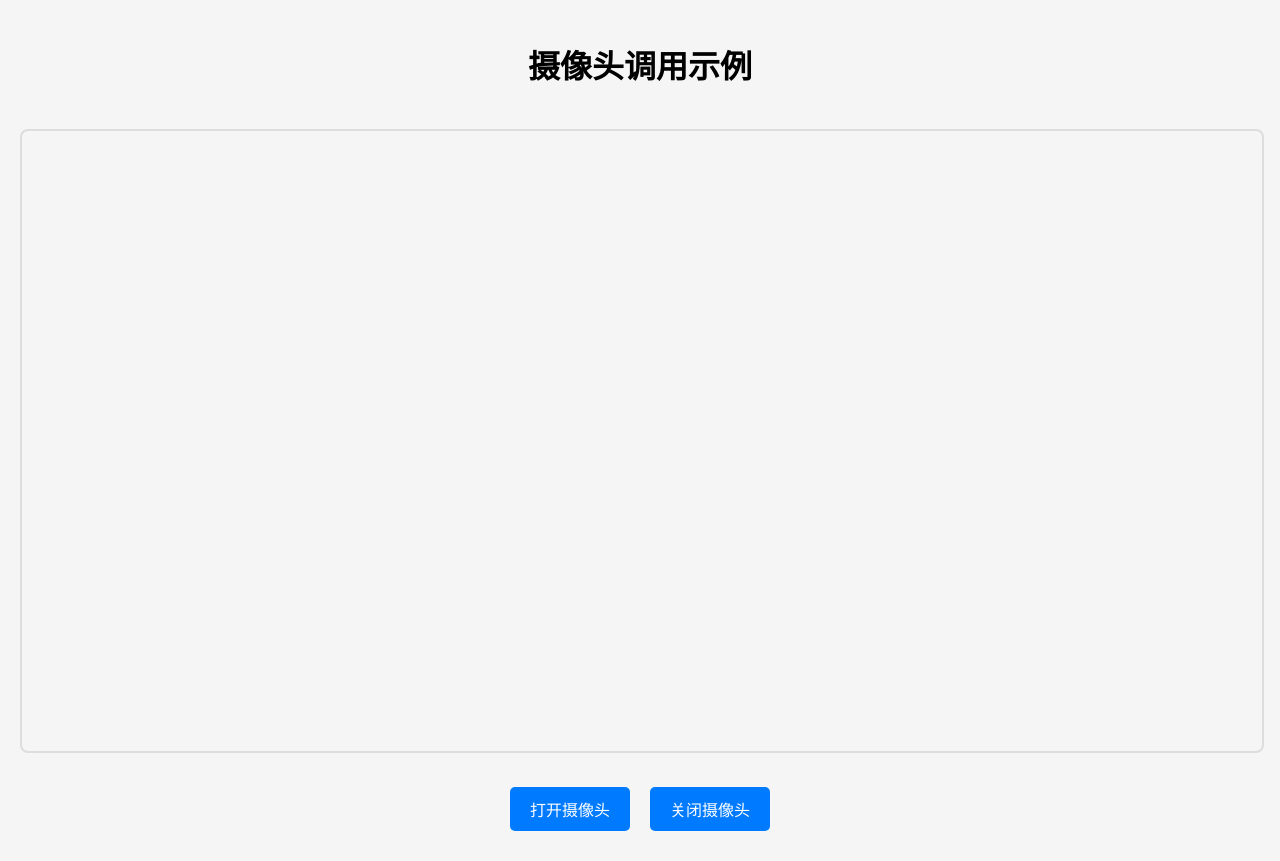
Repository: shasha333333/mirrorOnVue
Page: /
These files come from the project's save history. The page is drawn as it stood at one moment and after the next save; the edit follows.
The browser window is 1280 px wide. The pictures show the whole page.
The project was rebuilt for these pictures with package versions that can differ from the ones it lists, and the page was loaded fresh each time. Also part of the build but not shown: vue.config.js.

Above is the page before, as saved 2024-11-18 19:42:01.

After the next save:
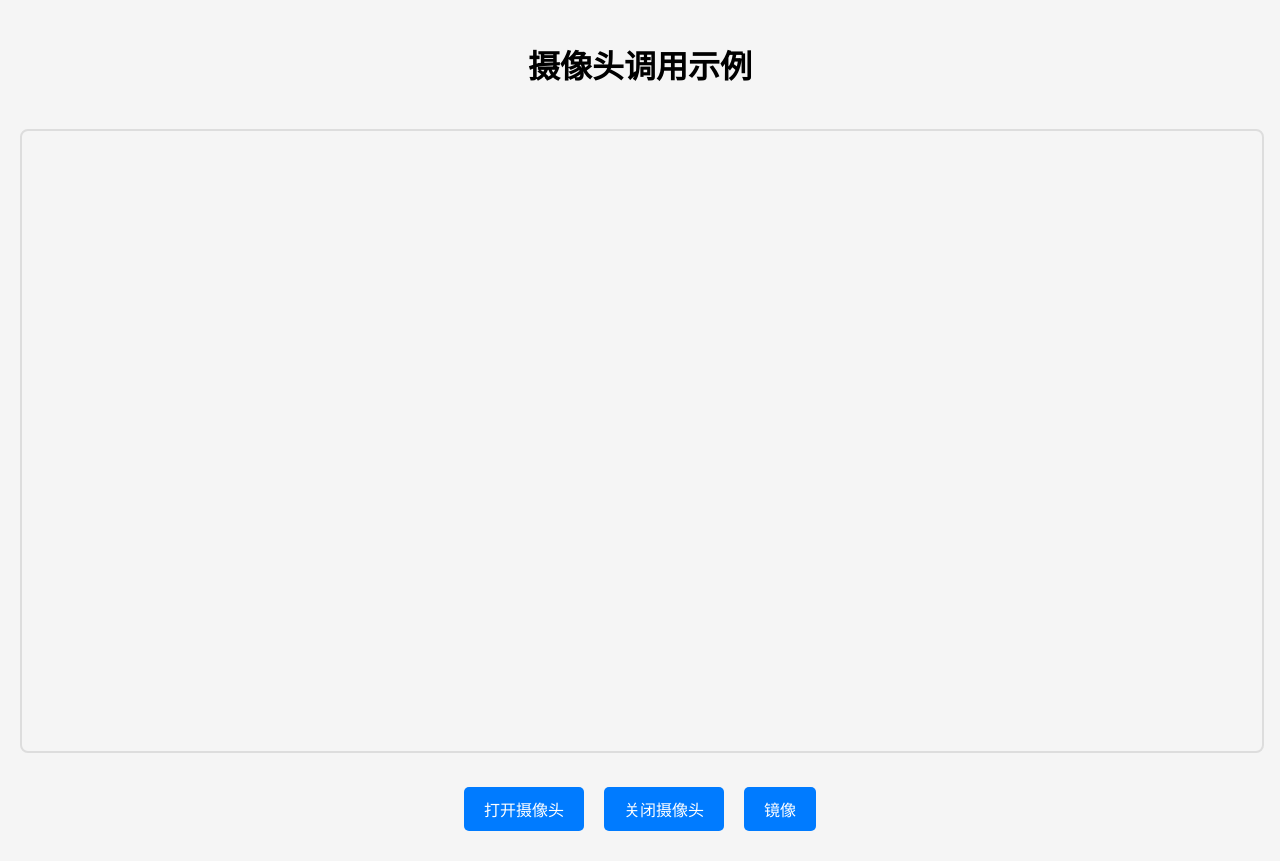
Saved 2 min 11 s later.
--- a/src/components/CameraApp.vue
+++ b/src/components/CameraApp.vue
@@ -1,10 +1,17 @@
 <template>
   <div id="camera-app">
     <h1>摄像头调用示例</h1>
-    <video ref="video" autoplay width="100%" height="auto"></video>
+    <video
+      ref="video"
+      :class="{ mirrored: isMirrored }"
+      autoplay
+      width="100%"
+      height="auto"
+    ></video>
     <div class="controls">
       <button @click="startCamera">打开摄像头</button>
       <button @click="stopCamera">关闭摄像头</button>
+      <button @click="toggleMirror">镜像</button>
     </div>
   </div>
 </template>
@@ -15,12 +22,12 @@ export default {
   data() {
     return {
       stream: null,
+      isMirrored: false, // 控制是否开启镜像
     };
   },
   methods: {
     async startCamera() {
       try {
-        // 请求摄像头权限并绑定到视频元素
         this.stream = await navigator.mediaDevices.getUserMedia({ video: true });
         this.$refs.video.srcObject = this.stream;
       } catch (error) {
@@ -34,10 +41,13 @@ export default {
         this.stream = null;
       }
     },
+    toggleMirror() {
+      this.isMirrored = !this.isMirrored; // 切换镜像状态
+    },
   },
   beforeUnmount() {
-  this.stopCamera();
-  }
+    this.stopCamera();
+  },
 };
 </script>
 
@@ -51,6 +61,9 @@ video {
   border: 2px solid #ddd;
   border-radius: 8px;
   margin: 20px 0;
+}
+.mirrored {
+  transform: scaleX(-1); /* 实现镜像效果 */
 }
 button {
   margin: 10px;
